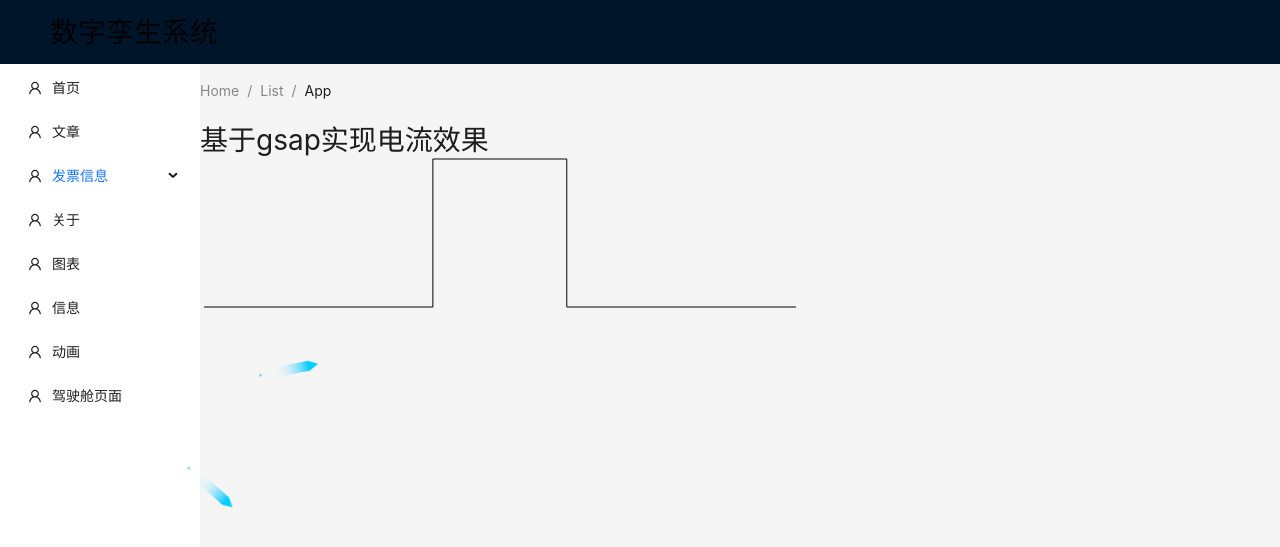
Repository: HailiePan/webpack-react-practice
Page: /animation
These files come from the project's save history. The page is drawn as it stood at one moment and after the next save; the edit follows.
The browser window is 1280 px wide. The pictures show the whole page.
The project was rebuilt for these pictures with package versions that can differ from the ones it lists, and the page was loaded fresh each time. Also part of the build but not shown: src/pages/Animation/component/ScrollAnimation/index.jsx, src/pages/Home.jsx, src/pages/Invoices/index.jsx, src/pages/Invoices/Invoice.jsx, src/pages/Invoices/Pending.jsx, src/pages/Invoices/Complete.jsx, src/components/CommonBox/index.less, src/components/CommonBox/index.jsx and 27 more.

Above is the page before, as saved 2024-01-24 15:27:14.

After the next save:
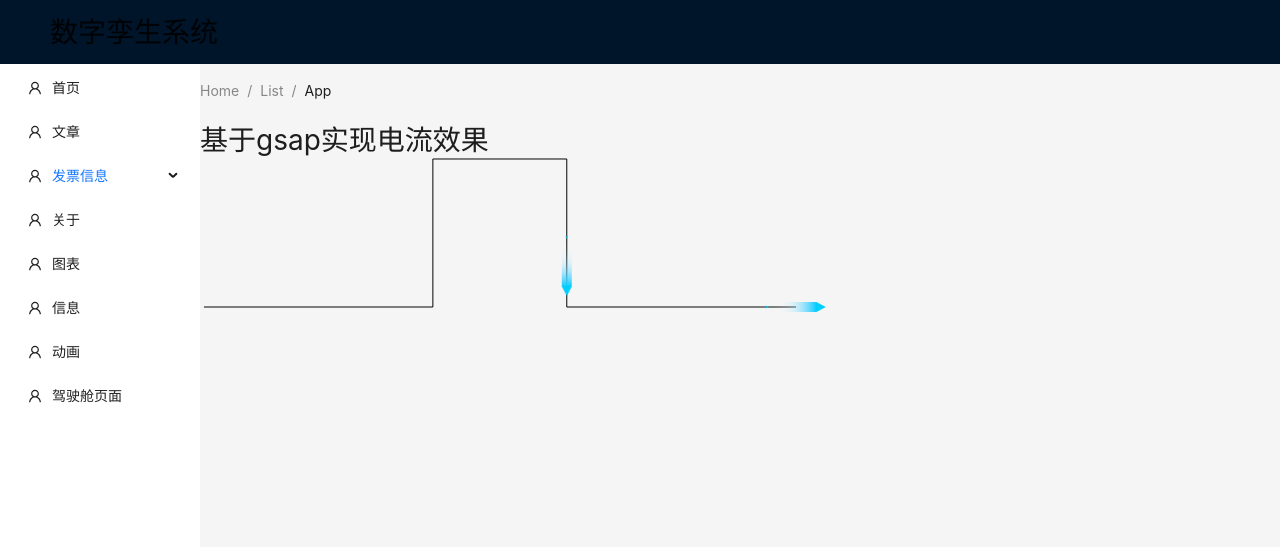
Saved 26 s later.
--- a/src/pages/Animation/component/ImitateElectricity/index.jsx
+++ b/src/pages/Animation/component/ImitateElectricity/index.jsx
@@ -2,7 +2,7 @@
  * @Author: Hailie.Pan
  * @Date: 2024-01-16 22:18:53
  * @LastEditors: Hailie.Pan
- * @LastEditTime: 2024-01-24 15:26:28
+ * @LastEditTime: 2024-01-24 15:27:40
  * @Description:
  */
 import React, { useEffect, useRef } from 'react';
@@ -29,13 +29,7 @@ export default function ImitateElectricity() {
       repeat: -1, // 重复
       stagger: 2, // 间隔时间
       motionPath: {
-        // path: '#xianlu', // 路径
-        path: [
-          { x: 0, y: 0 },
-          { x: 80, y: 0 }
-          // { x: 90, y: 400 },
-          // { x: 100, y: 600 }
-        ],
+        path: '#xianlu', // 路径
         align: '#xianlu', // 对齐到路径
         alignOrigin: [0.5, 0.5], // 对齐原点
         autoRotate: 90 // 沿路径方向旋转角度
